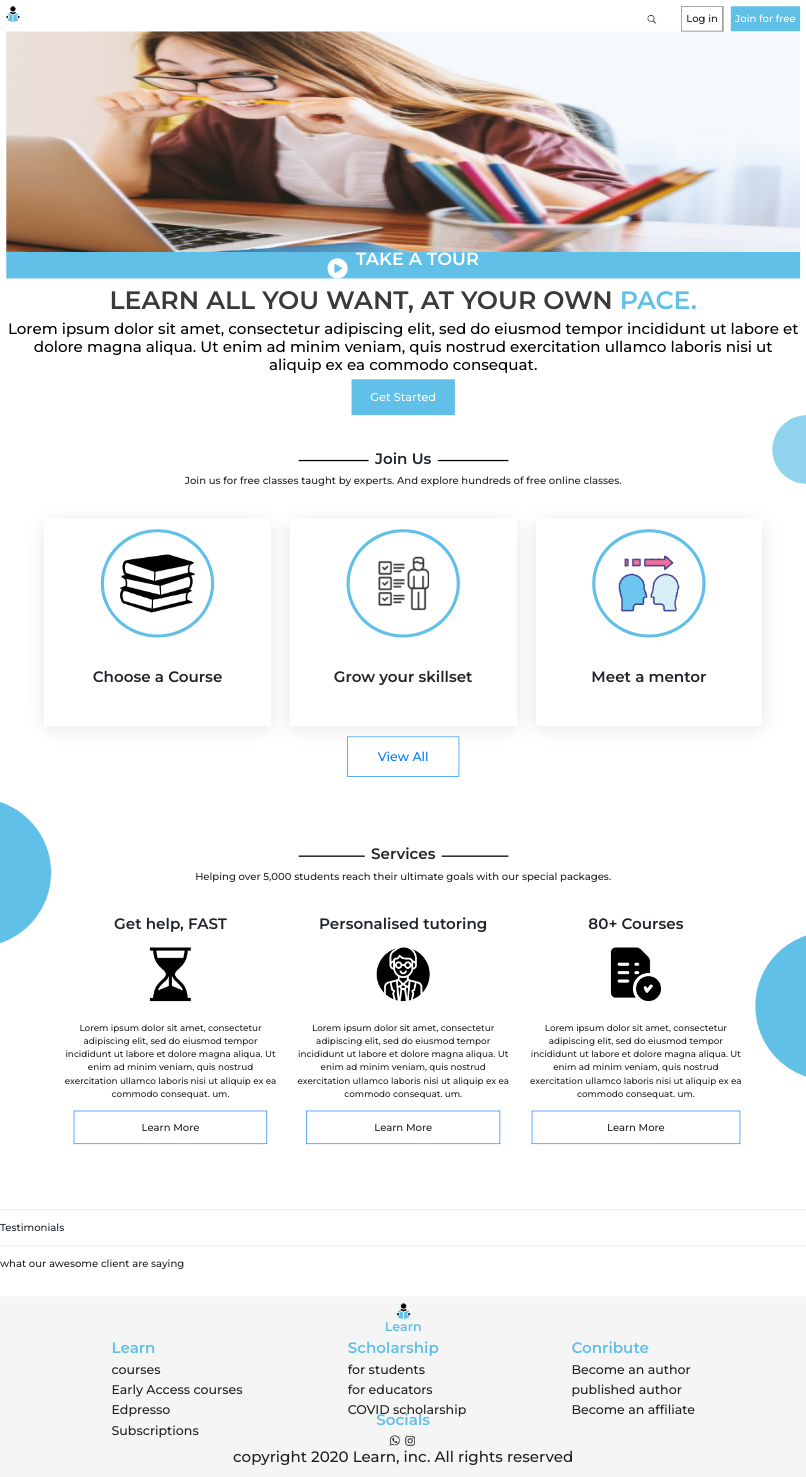
Repository: TiaraOluwanimi/team5
Page: tutor.html
An editor plug-in stored every save of this project. The page is shown before and after the next save, followed by the edit.
The browser window is 1280 px wide. The pictures show the whole page, at 63% of full size.
Some web libraries are served in a nearby version.

Above is the page before, as saved 2020-08-08 10:32:44.

### tutor.html
<!DOCTYPE html>
<html lang="en">
  <head>
    <meta charset="UTF-8" />
    <meta name="viewport" content="width=device-width, initial-scale=1.0" />
    <title>Online Tutoring</title>
    <!-- Custom Css -->
    <link rel="stylesheet" href="./assets/css/header-footer.css" />
    <link rel="stylesheet" href="./assets/css/tutor.css" />
    <!-- Favicon -->
    <link rel="shortcut icon" href="" type="image/x-icon" />
    <!---------------------- CDNs----------------- -->
    <!-- Bootstrap CSS CDN -->
    <link
      rel="stylesheet"
      href="https://maxcdn.bootstrapcdn.com/bootstrap/4.0.0/css/bootstrap.min.css"
      integrity="sha384-Gn5384xqQ1aoWXA+058RXPxPg6fy4IWvTNh0E263XmFcJlSAwiGgFAW/dAiS6JXm"
      crossorigin="anonymous"
    />
    <!-- fontawesome CDN -->
    <!-- Google Font -->
    <link href="https://fonts.googleapis.com/css2?family=Montserrat:wght@500;600&display=swap" rel="stylesheet">
    <!-- Font Awesome -->
    <script src="https://kit.fontawesome.com/0f19ba4771.js" crossorigin="anonymous"></script>

</head>

<body>
    <!-- Welcome to this online tutoring website. 😊 -->
    <!--  Header  -->
    <nav class="nav1">
      <a href="#"><img src="./assets/img/logo.png" alt="" /></a>
      <div class="nav1div1">
        <img
          class="searchicon"
          onclick="displaySearchBar()"
          src="./assets/img/search.png"
          alt=""
        />
        <button class="nav1butt1">Log in</button>
        <button class="nav1butt2">Join for free</button>
      </div>
      <div class="nav1div2 display">
        <input
          class="searchbar"
          type="text"
          placeholder="Enter Text here"
          name=""
          id=""
        />
      </div>
    </nav>

    <!-- Landing Page -->
    <div class="div1">
        <img class="div1img1" src="./assets/img/hero-img.png" alt="">
        <div class="div1div1">
            <i class="fas fa-play-circle fa-2x div1img2"></i>
            &nbsp;&nbsp;&nbsp;
            <h3 class="div1hh1">TAKE A TOUR</h3>
        </div>
    </div>

    <div class="div2">
        <h1 class="div2hh1">
            LEARN ALL YOU WANT, AT YOUR OWN
            <span class="div2hh2">PACE.</span>
        </h1>
        <h4 class="div2hh3">
            Lorem ipsum dolor sit amet, consectetur
            adipiscing elit, sed do eiusmod tempor
            incididunt ut labore et dolore magna
            aliqua. Ut enim ad minim veniam, quis
            nostrud exercitation ullamco laboris nisi
            ut aliquip ex ea commodo consequat.
        </h4>
        <div class="div2div1">
            <button class="div2butt1">Get Started</button>
        </div>
    </div>
    <!-- join us section -->
    <section id="join-us" class="py-5" style="position: relative;">
        <div style="position: absolute; right: 0px; top:-10px;">
          <img src="./assets/img/Ellipse 13.png" alt="" class="img-fluid" />
        </div>
        <div class="container">
          <div class="row">
            <div class="col-12 mx-auto text-center">
              <h4 class="mx-auto sec-head">
                <span><strong>Join Us</strong></span>
              </h4>
              <p>
                Join us for free classes taught by experts. And explore hundreds
                of free online classes.
              </p>
            </div>
            <div class="row py-3">
                <div class="col-md-4 text-center my-3">
                  <div class="box-shadow py-3">
                    <img
                      src="./assets/img/course.png"
                      alt=""
                      class="join-img img-fluid rounded-circle w-50"
                    />
                    <h4 class="my-5"><strong>Choose a Course</strong></h4>
                  </div>
                </div>
                <div class="col-md-4 text-center my-3">
                  <div class="box-shadow py-3">
                    <img
                      src="./assets/img/skillset.png"
                      alt=""
                      class="join-img img-fluid rounded-circle w-50"
                    />
                    <h4 class="my-5"><strong>Grow your skillset</strong></h4>
                  </div>
                </div>
                <div class="col-md-4 text-center my-3">
                  <div class="box-shadow py-3">
                    <img
                      src="./assets/img/mentorship.png"
                      alt=""
                      class="join-img img-fluid rounded-circle w-50"
                    />
                    <h4 class="my-5"><strong>Meet a mentor</strong></h4>
                  </div>
                </div>
                <button
                  class="btn btn-lg btn-outline-primary py-3 px-5 rounded-0 mx-auto"
                >
                  View All
                </button>
              </div>
            </div>
          </section>

    <!-- service section -->
    <section id="services" class="py-5" style="position: relative;">
      <div style="position: absolute; left: 0px; top: -30px;">
        <img src="./assets/img/Ellipse 10.png" alt="" />
      </div>
      <div
        style="position: absolute; right: 0px; top: 30%; transform: scale(-1);"
      >
        <img src="./assets/img/Ellipse 10.png" alt="" />
      </div>
      <div class="container">
        <div class="row">
          <div class="col-12 mx-auto text-center">
            <h4 class="mx-auto sec-head">
              <span><strong>Services</strong></span>
            </h4>
            <p>
              Helping over 5,000 students reach their ultimate goals with our
              special packages.
            </p>
          </div>
        </div>
        <div class="row p-3">
          <div class="col-md-4 text-center py-3">
            <h4><strong>Get help, FAST</strong></h4>
            <img
              src="./assets/img/hourglass 1.png"
              alt=""
              class="img-fluid w-25 my-3"
            />
            <p class="my-3" style="font-size: 14px;">
              Lorem ipsum dolor sit amet, consectetur adipiscing elit, sed do
              eiusmod tempor incididunt ut labore et dolore magna aliqua. Ut
              enim ad minim veniam, quis nostrud exercitation ullamco laboris
              nisi ut aliquip ex ea commodo consequat. um.
            </p>
            <h6 class="border py-3 px-1 mx-3 border-primary">
              Learn More <i></i>
            </h6>
          </div>
          <div class="col-md-4 text-center py-3">
            <h4><strong>Personalised tutoring</strong></h4>
            <img
              src="./assets/img/teacher 1.png"
              alt=""
              class="img-fluid w-25 my-3"
            />
            <p class="my-3" style="font-size: 14px;">
              Lorem ipsum dolor sit amet, consectetur adipiscing elit, sed do
              eiusmod tempor incididunt ut labore et dolore magna aliqua. Ut
              enim ad minim veniam, quis nostrud exercitation ullamco laboris
              nisi ut aliquip ex ea commodo consequat. um.
            </p>
            <h6 class="border py-3 px-1 mx-3 border-primary">
              Learn More <i></i>
            </h6>
          </div>
          <div class="col-md-4 text-center py-3">
            <h4><strong>80+ Courses</strong></h4>
            <img
              src="./assets/img/test 1.png"
              alt=""
              class="img-fluid w-25 my-3"
            />
            <p class="my-3" style="font-size: 14px;">
              Lorem ipsum dolor sit amet, consectetur adipiscing elit, sed do
              eiusmod tempor incididunt ut labore et dolore magna aliqua. Ut
              enim ad minim veniam, quis nostrud exercitation ullamco laboris
              nisi ut aliquip ex ea commodo consequat. um.
            </p>
            <h6 class="border py-3 px-1 mx-3 mx-lg-1 border-primary">
              Learn More <i></i>
            </h6>
          </div>
        </div>
      </div>
    </section>
    <!-- Testimonial section -->
    <section>
      <div>
        <div class="testimonial-heading">
          <div>
            <hr>
            <span>Testimonials</span>
            <hr>
          </div>
          <p>what our awesome client are saying</p>
        </div>
        <div>
          <div class="testimonial-card">
            <img src="" alt="">
            <div>

            </div>
          </div>
        </div>
      </div>
    </section>
    <!--  Footer  -->
    <footer class="footer1">
      <div class="footer1div1">
        <img class="footer1img1" src="./assets/img/logo.png" alt="" />
        <h5 class="footer1hh1">Learn</h5>
      </div>

      <div class="footer1div2">
        <div class="footer1div3">
          <h4 class="footer1hh2">Learn</h4>
          <a href="" class="footer1link1"
            ><h5 class="footer1hh3">courses</h5></a
          >
          <a href="" class="footer1link1"
            ><h5 class="footer1hh3">Early Access courses</h5></a
          >
          <a href="" class="footer1link1"
            ><h5 class="footer1hh3">Edpresso</h5></a
          >
          <a href="" class="footer1link1"
            ><h5 class="footer1hh3">Subscriptions</h5></a
          >
        </div>
        <div class="footer1div4">
          <h4 class="footer1hh2">Scholarship</h4>
          <a href="" class="footer1link1"
            ><h5 class="footer1hh3">for students</h5></a
          >
          <a href="" class="footer1link1"
            ><h5 class="footer1hh3">for educators</h5></a
          >
          <a href="" class="footer1link1"
            ><h5 class="footer1hh3">COVID scholarship</h5></a
          >
        </div>
        <div class="footer1div5">
          <h4 class="footer1hh2">Conribute</h4>
          <a href="" class="footer1link1"
            ><h5 class="footer1hh3">Become an author</h5></a
          >
          <a href="" class="footer1link1"
            ><h5 class="footer1hh3">published author</h5></a
          >
          <a href="" class="footer1link1"
            ><h5 class="footer1hh3">Become an affiliate</h5></a
          >
        </div>
      </div>

      <div class="footer1div6">
        <h4 class="footer1hh2 redd">Socials</h4>
        <a href="#"><img src="./assets/img/whatsapp.png" alt="" /></a>
        <a href="#"><img src="./assets/img/instagram.png" alt="" /></a>
      </div>

      <h4 class="footer1hh4">
        copyright 2020 Learn, inc. All rights reserved
      </h4>
    </footer>

    <!---------------------- CDNs----------------- -->
    <!-- jQuery CDN -->
    <script
      src="https://code.jquery.com/jquery-3.2.1.slim.min.js"
      integrity="sha384-KJ3o2DKtIkvYIK3UENzmM7KCkRr/rE9/Qpg6aAZGJwFDMVNA/GpGFF93hXpG5KkN"
      crossorigin="anonymous"
    ></script>
    <!-- ajax CDN -->
    <script
      src="https://cdnjs.cloudflare.com/ajax/libs/popper.js/1.12.9/umd/popper.min.js"
      integrity="sha384-ApNbgh9B+Y1QKtv3Rn7W3mgPxhU9K/ScQsAP7hUibX39j7fakFPskvXusvfa0b4Q"
      crossorigin="anonymous"
    ></script>
    <!-- BootstrapJS CDN -->
    <script
      src="https://maxcdn.bootstrapcdn.com/bootstrap/4.0.0/js/bootstrap.min.js"
      integrity="sha384-JZR6Spejh4U02d8jOt6vLEHfe/JQGiRRSQQxSfFWpi1MquVdAyjUar5+76PVCmYl"
      crossorigin="anonymous"
    ></script>
    <!-- Custom Javascript Links -->
    <script src="./assets/js/tutor.js"></script>
  </body>
</html>

### assets/css/header-footer.css

/*  Header Navbar */
body{
  margin: 0;
}
.nav1{
   margin: 10px;
}
.nav1div1{
    display: inline;
    float: right;
}
.nav1butt1{
    color: #212121;
    border-color: #212121;
    border-width: 1px;
    background-color: #FFFFFF;
    padding: 7px 7px;
    font-family: 'Montserrat', sans-serif;
    font-weight: 500;
    outline: none;
    margin-left: 35px;
}
.nav1butt2{
    color: #FFFFFF;
    border-color: #60C0E8;
    border: none;
    background-color: #60C0E8;
    padding: 8px 7px;
    font-family: 'Montserrat', sans-serif;
    font-weight: 500;
    outline: none;
    margin-left: 8px;
}
.nav1butt1:hover{
    background-color: #f0f0f0;
      cursor: pointer;
}
.nav1butt2:hover{
    background-color: #60adce;
    cursor: pointer;
}
.searchicon:hover{
    cursor: pointer;
}
.nav1div2{
    text-align: center;
    width: 100%;
    margin-top: 10px;
}
.searchbar{
    width: 60%;
    font-family: 'Montserrat', sans-serif;
    outline: none;
    border-radius: 10px;
    padding: 10px;
    border-width: 1px;
}
.footer1link1{
    text-decoration: none;
}
.display{
    display: none;
}



/*  Footer  */
.footer1{
    padding: 10px;
    background-color: #F5F5F5;
}
.footer1div1{
    text-align: center;
}
.footer1hh1{
    margin-top: 0px;
    font-family: 'Montserrat', sans-serif;
    color: #60C0E8;
    font-weight: 600;
}
.footer1div2{
    display: flex;
    flex-direction:row;
    justify-content: space-evenly;
}
.footer1hh2{
    font-family: 'Montserrat', sans-serif;
    color: #60C0E8;
    font-weight: 600;
}
.footer1hh3{
    font-family: 'Montserrat', sans-serif;
    color: #212121;
    font-weight: normal;
}
.footer1div6{
    text-align: center;
    margin-top: -50px;
}
.redd{
    margin-bottom: 5px;
}
.footer1hh4{
    text-align: center;
    font-family: 'Montserrat', sans-serif;
    color: #212121;
    font-style: normal;
    font-weight: 500;
}

/* Footer Media Queries */
@media only screen and (max-width: 399px) {
    .footer1div2{
        flex-direction: column;
        align-items: center;
    }
    .footer1div6{
        text-align: center;
        margin-top: -10px;
    }
}

### assets/css/tutor.css
* {
  font-family: "Montserrat", sans-serif;
}
.div1 {
  margin: 10px;
  text-align: center;
}
.div1div1 {
  width: 100%;
  display: flex;
  justify-content: center;
  background-color: #60c0e8;
  margin-top: -5px;
}
.div1img1 {
  width: 100%;
  height: 350px;
}
.div1img2 {
  padding-top: 15px;
  color: #ffffff;
}
.div1div1:hover {
  background-color: #60adce;
  cursor: pointer;
}
.div1hh1 {
  font-family: "Montserrat", sans-serif;
  font-weight: 600;
  color: #ffffff;
}

.div2 {
  margin: 10px;
}
.div2hh1 {
  font-family: "Montserrat", sans-serif;
  text-align: center;
  color: #3a3a3a;
  font-weight: bold;
}
.div2hh2 {
  color: #60c0e8;
}
.div2hh3 {
  font-family: "Montserrat", sans-serif;
  text-align: center;
  color: #000000;
  font-weight: 500;
}
.div2div1 {
  text-align: center;
}
.div2butt1 {
  background-color: #60c0e8;
  font-weight: 500;
  color: #ffffff;
  border: none;
  outline: none;
  padding: 15px 30px;
  font-size: large;
}
.div2butt1:hover {
  background-color: #60adce;
  cursor: pointer;
}

/* this handles the line in each section heading  */
.sec-head {
  width: 30%;
  text-align: center;
  border-bottom: 2px solid #000;
  line-height: 0.1em;
  margin: 10px 0 20px;
}
.sec-head span {
  background: #fff;
  padding: 0 10px;
}
/* join us images border */
.join-img {
  border: 5px solid #60c0e8 !important;
}
/* box shadow */
.box-shadow {
  box-shadow: 0px 5px 30px 0.5px #e6e6e6;
}
.box-shadow:hover {
  box-shadow: 0px 5px 30px 5px #c7c7c7;
}

@media screen and (max-width: 320px) {
  .sec-head {
    width: 70%;
  }
}

### assets/js/tutor.js

function displaySearchBar(){
    document.querySelector(".nav1div2").classList.toggle("display");
}

After the next save:
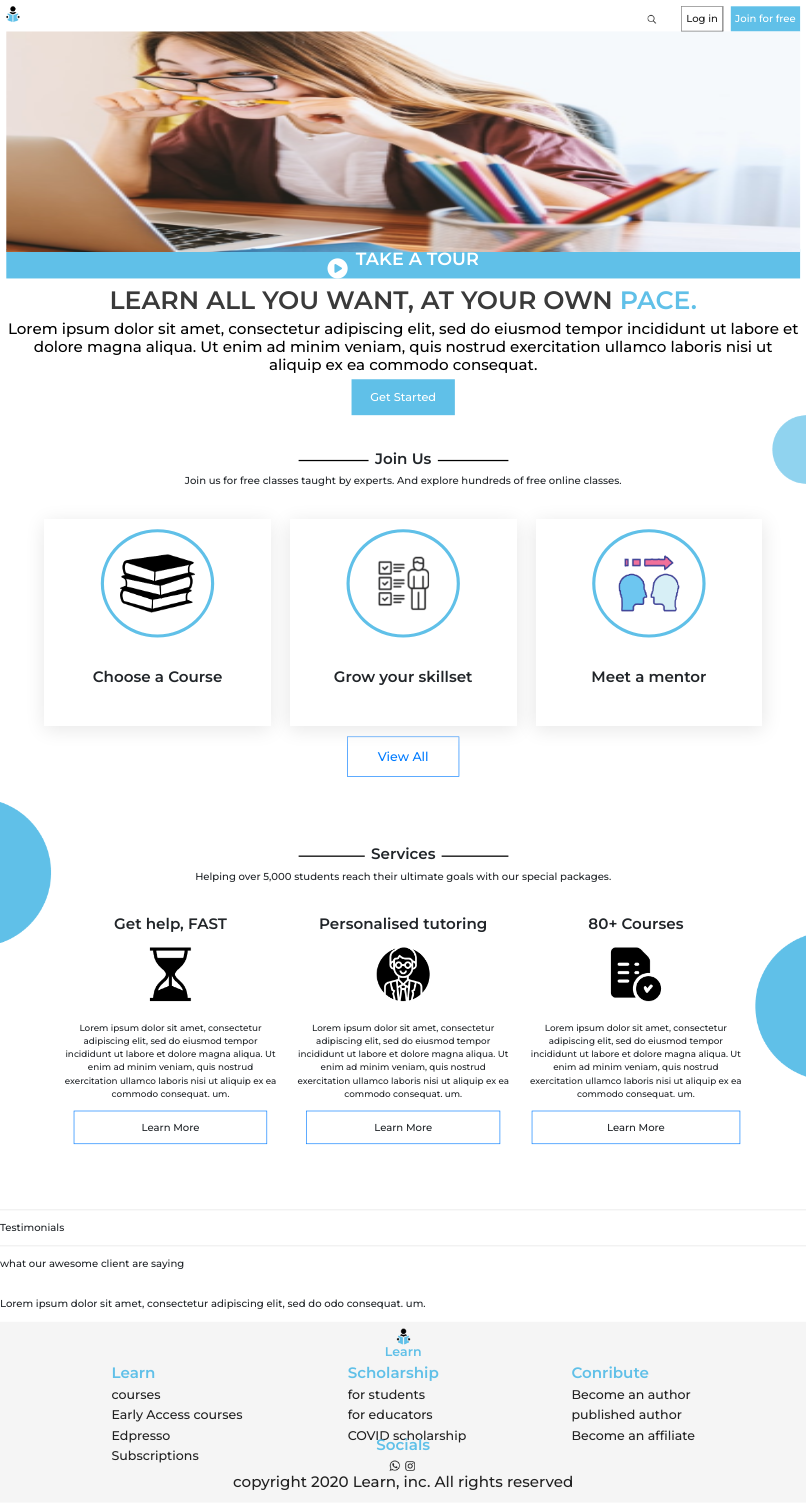
Saved 16 s later.
--- a/tutor.html
+++ b/tutor.html
@@ -226,7 +226,7 @@
           <div class="testimonial-card">
             <img src="" alt="">
             <div>
-
+              <p>Lorem ipsum dolor sit amet, consectetur adipiscing elit, sed do odo consequat. um.</p>
             </div>
           </div>
         </div>
